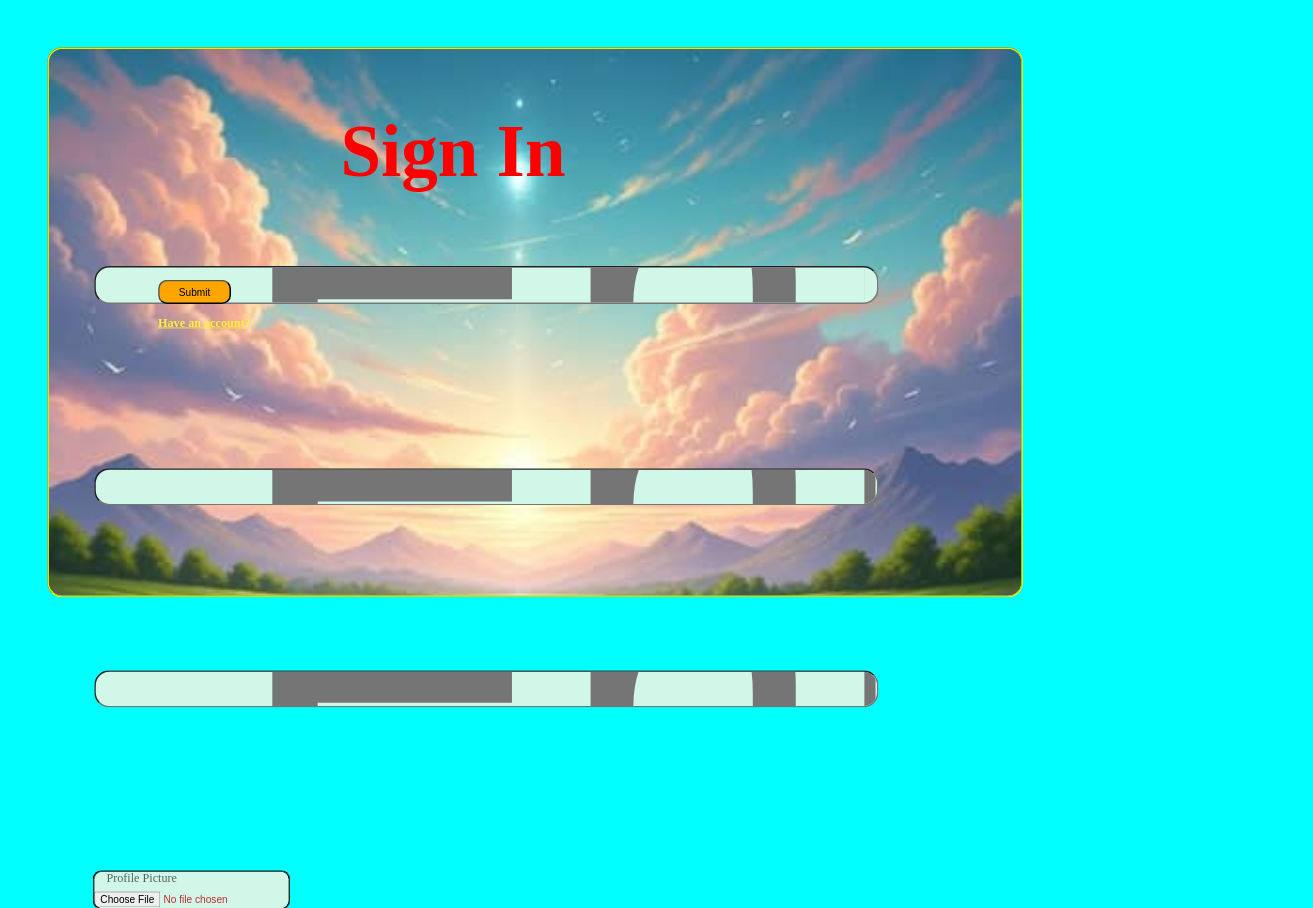
Repository: Amani-Kibet/express-app-web
Page: pages/signup/signIn.html
The author's editor kept a copy of each file at every save. The page is drawn from the files as they stood at one save, then again after the next save.
The browser window is 1280 px wide. The page is 1728 px wide, so the pictures cover 1728 px, including what lies to the right of the window. The pictures show the whole page, at 76% of full size.

Above is the page before, as saved 2025-09-28 15:22:15.

After the next save:
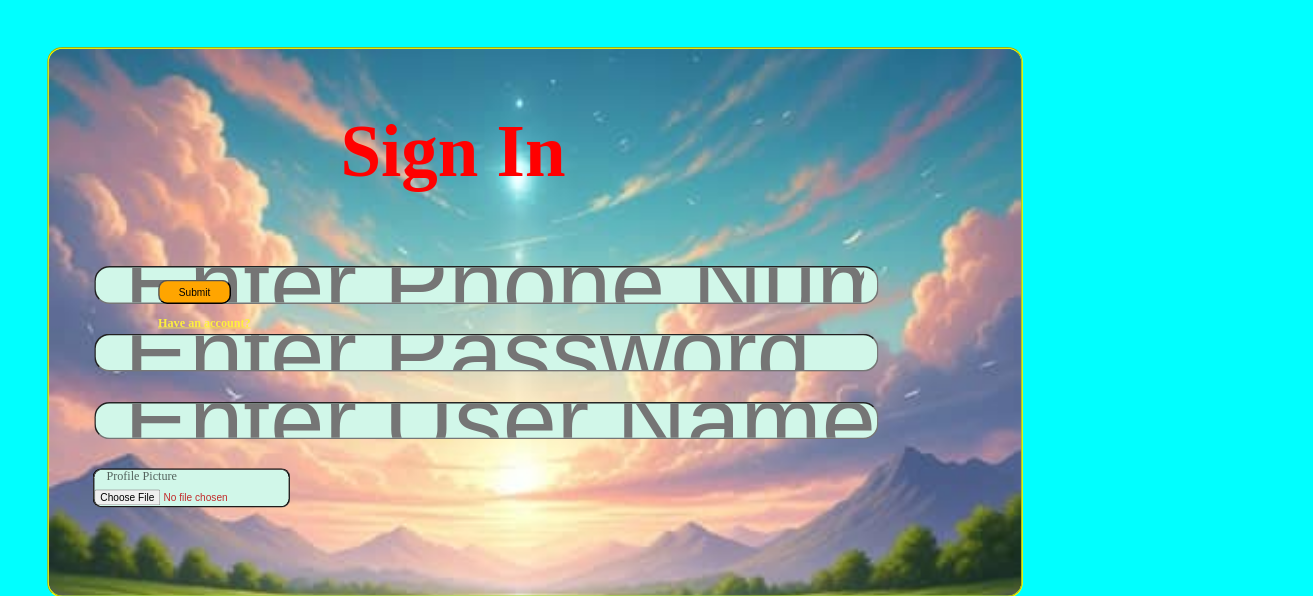
Saved 11 s later.
--- a/pages/signup/signIn.html
+++ b/pages/signup/signIn.html
@@ -27,7 +27,7 @@
     margin-top: 1rem;
     border-radius: 20px;
     color: blue;
-    font-size: 40em;
+    font-size: 8em;
     background-color: rgb(209, 247, 233);
   }
   #picC{
